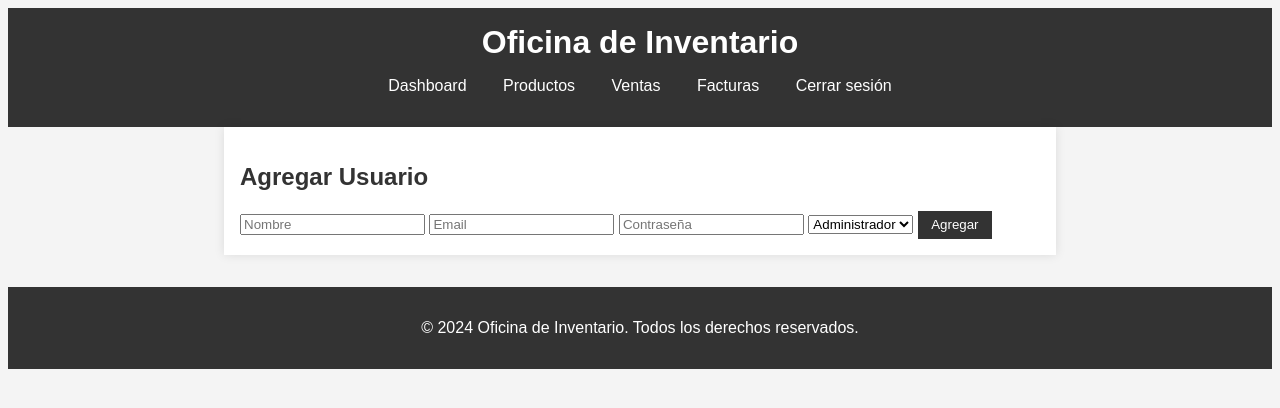
Repository: Connie75/Inventario
Page: http://localhost/views/add_user.php
An editor plug-in stored every save of this project. The page is shown before and after a run of saves, followed by the edit.
The browser window is 1280 px wide. The pictures show the whole page.
The page is run by PHP 8.4 with error messages shown; the project is at /var/www/html/. The session is filled in as if someone had signed in: {"id": 1, "rol": "admin"}. Other server files are loaded and not shown.

Above is the page before, as saved 2024-07-26 02:14:51.

### views/add_user.php
<!-- views/add_user.php -->
<?php
session_start();
include '../includes/header.php';

// Verificar si el usuario está logueado y tiene permisos de administrador
if (!isset($_SESSION['id']) || $_SESSION['rol'] != 'admin') {
    header("Location: login.php");
    exit();
}
?>

<h2>Agregar Usuario</h2>
<form action="../actions/add_user.php" method="post">
    <input type="text" name="nombre" placeholder="Nombre" required>
    <input type="email" name="email" placeholder="Email" required>
    <input type="password" name="password" placeholder="Contraseña" required>
    <select name="rol" required>
        <option value="admin">Administrador</option>
        <option value="trabajador">Trabajador</option>
        <option value="cliente">Cliente</option>
    </select>
    <button type="submit">Agregar</button>
</form>

<?php include '../includes/footer.php'; ?>

### includes/header.php
<!-- includes/header.php -->
<!DOCTYPE html>
<html lang="es">
<head>
    <meta charset="UTF-8">
    <meta name="viewport" content="width=device-width, initial-scale=1.0">
    <title>Oficina de Inventario</title>
    <link rel="stylesheet" href="../css/styles.css">
    <script src="../js/scripts.js" defer></script>
</head>
<body>
    <header>
        <h1>Oficina de Inventario</h1>
        <nav>
            <ul>
                <li><a href="../views/dashboard.php">Dashboard</a></li>
                <li><a href="../views/products.php">Productos</a></li>
                <li><a href="../views/sales.php">Ventas</a></li>
                <li><a href="../views/invoices.php">Facturas</a></li>
                <li><a href="../actions/logout.php">Cerrar sesión</a></li>
            </ul>
        </nav>
    </header>
    <main>
    <?php if (isset($_SESSION['message'])): ?>
            <div class="message <?php echo $_SESSION['message_type']; ?>">
                <?php
                    echo $_SESSION['message'];
                    unset($_SESSION['message']);
                    unset($_SESSION['message_type']);
                ?>
            </div>
        <?php endif; ?>

### includes/footer.php
<!-- includes/footer.php -->
</main>
    <footer>
        <p>&copy; 2024 Oficina de Inventario. Todos los derechos reservados.</p>
    </footer>
</body>
</html>

### CSS/Styles.css
/* css/styles.css */
body {
    font-family: Arial, sans-serif;
    background-color: #f4f4f4;
    color: #333;
}

header {
    background-color: #333;
    color: #fff;
    padding: 1em 0;
    text-align: center;
}

header h1 {
    margin: 0;
}

nav ul {
    list-style: none;
    padding: 0;
    text-align: center;
}

nav ul li {
    display: inline;
    margin: 0 1em;
}

nav ul li a {
    color: #fff;
    text-decoration: none;
}

main {
    padding: 1em;
    max-width: 800px;
    margin: 0 auto;
    background-color: #fff;
    box-shadow: 0 0 10px rgba(0,0,0,0.1);
}

footer {
    background-color: #333;
    color: #fff;
    text-align: center;
    padding: 1em 0;
    margin-top: 2em;
}

table {
    width: 100%;
    border-collapse: collapse;
    margin-top: 1em;
}

table, th, td {
    border: 1px solid #ccc;
    padding: 0.5em;
    text-align: left;
}

button {
    background-color: #333;
    color: #fff;
    border: none;
    padding: 0.5em 1em;
    cursor: pointer;
}

button:hover {
    background-color: #555;
}

.message {
    padding: 1em;
    margin-bottom: 1em;
    border-radius: 5px;
}

.message.success {
    background-color: #dff0d8;
    color: #3c763d;
}

.message.error {
    background-color: #f2dede;
    color: #a94442;
}

### js/Scripts.js
// js/scripts.js

document.addEventListener('DOMContentLoaded', function () {
    // Validación de formularios
    var forms = document.querySelectorAll('form');

    forms.forEach(function (form) {
        form.addEventListener('submit', function (event) {
            var inputs = form.querySelectorAll('input[required], textarea[required], select[required]');
            var valid = true;

            inputs.forEach(function (input) {
                if (!input.value) {
                    input.style.borderColor = 'red';
                    valid = false;
                } else {
                    input.style.borderColor = 'initial';
                }
            });

            if (!valid) {
                event.preventDefault();
                alert('Por favor, rellena todos los campos obligatorios.');
            }
        });
    });

    // Actualización dinámica de cantidad de productos
    var cantidadInputs = document.querySelectorAll('input[name="cantidad"]');
    var precioInputs = document.querySelectorAll('input[name="precio"]');
    var totalDisplay = document.querySelector('#total');

    cantidadInputs.forEach(function (cantidadInput) {
        cantidadInput.addEventListener('input', actualizarTotal);
    });

    precioInputs.forEach(function (precioInput) {
        precioInput.addEventListener('input', actualizarTotal);
    });

    function actualizarTotal() {
        var cantidad = parseFloat(cantidadInputs[0].value) || 0;
        var precio = parseFloat(precioInputs[0].value) || 0;
        var total = cantidad * precio;

        if (totalDisplay) {
            totalDisplay.textContent = 'Total: $' + total.toFixed(2);
        }
    }

    // Mostrar/ocultar contraseña
    var togglePassword = document.querySelector('#togglePassword');
    var passwordInput = document.querySelector('input[name="password"]');

    if (togglePassword && passwordInput) {
        togglePassword.addEventListener('click', function () {
            var type = passwordInput.getAttribute('type') === 'password' ? 'text' : 'password';
            passwordInput.setAttribute('type', type);
            this.textContent = type === 'password' ? 'Mostrar' : 'Ocultar';
        });
    }
});

After the next 2 saves:
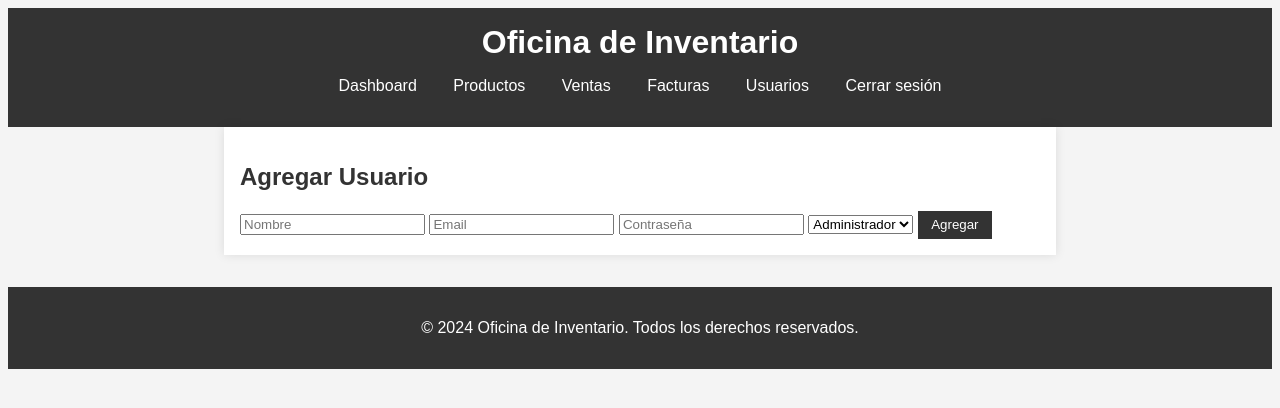
The 2 saves are shown as one change because they came seconds apart.
The last was saved 14 min 24 s later.
--- a/includes/header.php
+++ b/includes/header.php
@@ -17,6 +17,9 @@
                 <li><a href="../views/products.php">Productos</a></li>
                 <li><a href="../views/sales.php">Ventas</a></li>
                 <li><a href="../views/invoices.php">Facturas</a></li>
+                <?php if (isset($_SESSION['rol']) && $_SESSION['rol'] == 'admin'): ?>
+                    <li><a href="../views/users.php">Usuarios</a></li>
+                <?php endif; ?>
                 <li><a href="../actions/logout.php">Cerrar sesión</a></li>
             </ul>
         </nav>
